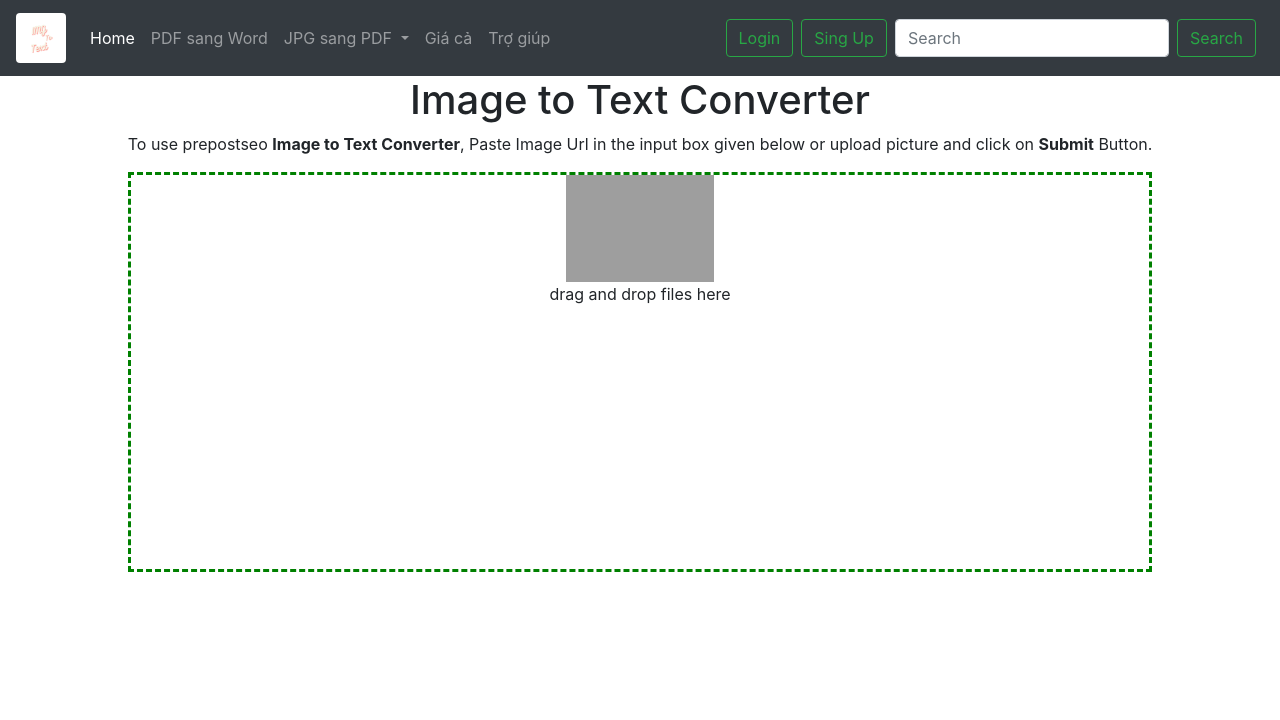
Repository: Tung1227/PBL6-2022
Page: index.html
These files come from the project's save history. The page is drawn as it stood at one moment and after the next save; the edit follows.
The browser window is 1280 px wide. The pictures show the whole page.
Pictures or frames that could not be fetched are drawn as grey boxes.

Above is the page before, as saved 2022-09-16 21:01:39.

### index.html
<!doctype html>
<html lang="en">

<head>
    <title>Title</title>
    <!-- Required meta tags -->
    <meta charset="utf-8">
    <meta name="viewport" content="width=device-width, initial-scale=1, shrink-to-fit=no">

    <!-- Bootstrap CSS -->
    <link rel="stylesheet" href="https://stackpath.bootstrapcdn.com/bootstrap/4.3.1/css/bootstrap.min.css"
        integrity="sha384-ggOyR0iXCbMQv3Xipma34MD+dH/1fQ784/j6cY/iJTQUOhcWr7x9JvoRxT2MZw1T" crossorigin="anonymous">
    <link rel="stylesheet" href="public/css/index.css">
</head>

<body>
    <nav class="navbar navbar-expand-lg navbar-dark bg-dark">
        <a class="navbar-brand" href="#">
            <img class="rounded" src="public/img/logo.png" width="50" height="50" alt="">
        </a>
        <button class="navbar-toggler" type="button" data-toggle="collapse" data-target="#navbarSupportedContent"
            aria-controls="navbarSupportedContent" aria-expanded="false" aria-label="Toggle navigation">
            <span class="navbar-toggler-icon"></span>
        </button>

        <div class="collapse navbar-collapse" id="navbarSupportedContent">
            <ul class="navbar-nav mr-auto">
                <li class="nav-item active">
                    <a class="nav-link" href="#">Home <span class="sr-only">(current)</span></a>
                </li>
                <li class="nav-item">
                    <a class="nav-link" href="#">PDF sang Word</a>
                </li>
                <li class="nav-item dropdown">
                    <a class="nav-link dropdown-toggle" href="#" id="navbarDropdown" role="button"
                        data-toggle="dropdown" aria-haspopup="true" aria-expanded="false">
                        JPG sang PDF
                    </a>
                    <div class="dropdown-menu" aria-labelledby="navbarDropdown">
                        <a class="dropdown-item" href="#">Action</a>
                        <a class="dropdown-item" href="#">Another action</a>
                        <div class="dropdown-divider"></div>
                        <a class="dropdown-item" href="#">Something else here</a>
                    </div>
                </li>
                <li class="nav-item">
                    <a class="nav-link" href="#">Giá cả</a>
                </li>
                <li class="nav-item">
                    <a class="nav-link" href="#">Trợ giúp</a>
                </li>
            </ul>
            <form class="form-inline my-2 my-lg-0 ">
                <button class="btn btn-outline-success my-2 my-sm-0 mr-sm-2" type="submit">Login</button>
                <button class="btn btn-outline-success my-2 my-sm-0 mr-sm-2" type="submit">Sing Up</button>
                <input class="form-control mr-sm-2" type="search" placeholder="Search" aria-label="Search">
                <button class="btn btn-outline-success my-2 my-sm-0 mr-sm-2" type="submit">Search</button>
            </form>
        </div>
    </nav>
    <div class="container d-flex justify-content-center mt-100">
        <div class="row">
            <div class="col-xs-1-12 text-center">
                <h1 class="">Image to Text Converter</h1>
                <p class="text16">To use prepostseo <strong>Image to Text Converter</strong>, Paste Image Url in the
                    input
                    box given below or upload picture and click on <strong>Submit</strong> Button.</p>
                <div class="file-drop-area">
                    <div class="">
                        <span class="svg_block">
                            <img src="https://www.prepostseo.com/imgs/upload-icon.png" width="148" height="107"
                                alt="uploader">
                        </span>
                    </div>
                    <!-- <span class="choose-file-button">Choose files</span> -->
                    <span class="file-message">drag and drop files here</span>
                    <input class="file-input" type="file" multiple>
                </div>
            </div>
        </div>
    </div>
    <!-- Optional JavaScript -->
    <!-- jQuery first, then Popper.js, then Bootstrap JS -->
    <script src="https://code.jquery.com/jquery-3.3.1.slim.min.js"
        integrity="sha384-q8i/X+965DzO0rT7abK41JStQIAqVgRVzpbzo5smXKp4YfRvH+8abtTE1Pi6jizo"
        crossorigin="anonymous"></script>
    <script src="https://cdnjs.cloudflare.com/ajax/libs/popper.js/1.14.7/umd/popper.min.js"
        integrity="sha384-UO2eT0CpHqdSJQ6hJty5KVphtPhzWj9WO1clHTMGa3JDZwrnQq4sF86dIHNDz0W1"
        crossorigin="anonymous"></script>
    <script src="https://stackpath.bootstrapcdn.com/bootstrap/4.3.1/js/bootstrap.min.js"
        integrity="sha384-JjSmVgyd0p3pXB1rRibZUAYoIIy6OrQ6VrjIEaFf/nJGzIxFDsf4x0xIM+B07jRM"
        crossorigin="anonymous"></script>
</body>

</html>

### public/css/index.css
* {
    padding: 0px;
    margin: 0px;
}

.file-drop-area {
    border: dashed green;
    height: 400px;
}

.file-input {
    height: 100%;
    width: 100%;
    cursor: pointer;
    opacity: 0;
}

.choose-file-button {
    flex-shrink: 0;
    background-color: rgba(255, 255, 255, 0.04);
    border: 1px solid rgba(255, 255, 255, 0.1);
    border-radius: 3px;
    padding: 8px 15px;
    margin-right: 10px;
    font-size: 12px;
    text-transform: uppercase;
}
.file-message{

}

After the next save:
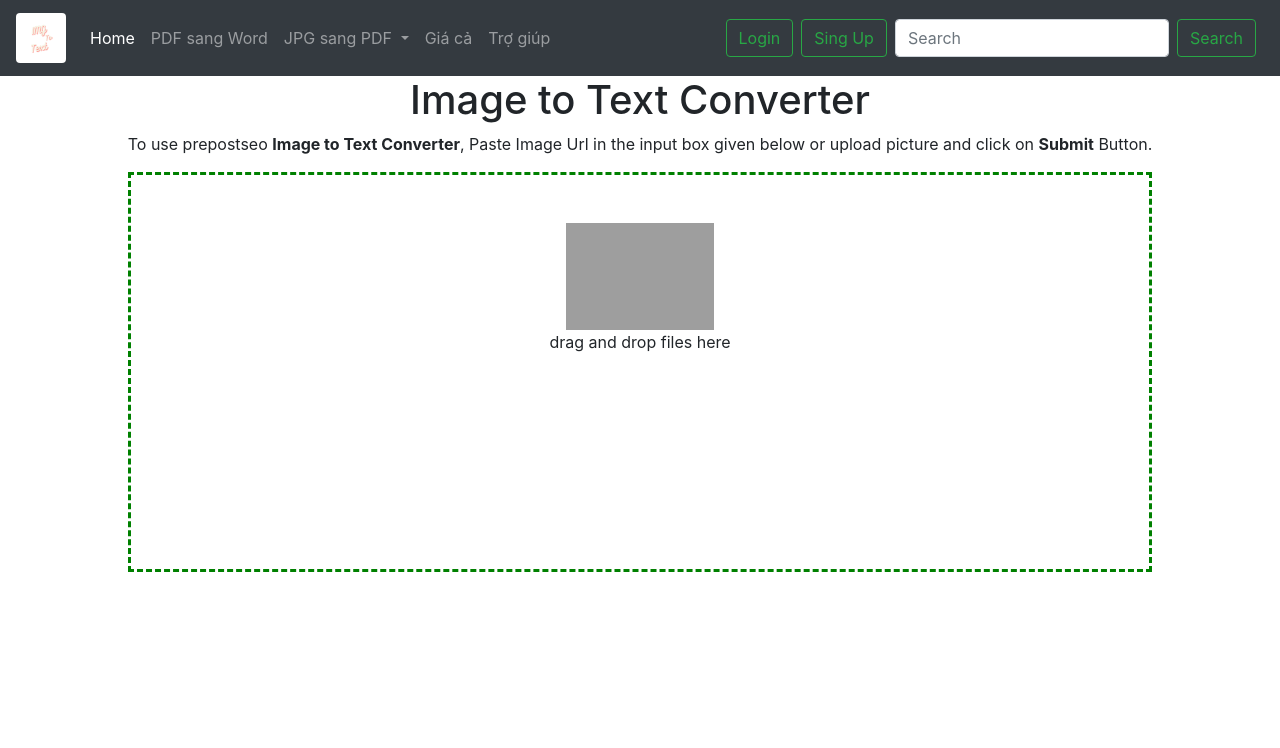
Saved 24 s later.
--- a/index.html
+++ b/index.html
@@ -66,7 +66,7 @@
                     input
                     box given below or upload picture and click on <strong>Submit</strong> Button.</p>
                 <div class="file-drop-area">
-                    <div class="">
+                    <div class="pt-5">
                         <span class="svg_block">
                             <img src="https://www.prepostseo.com/imgs/upload-icon.png" width="148" height="107"
                                 alt="uploader">
